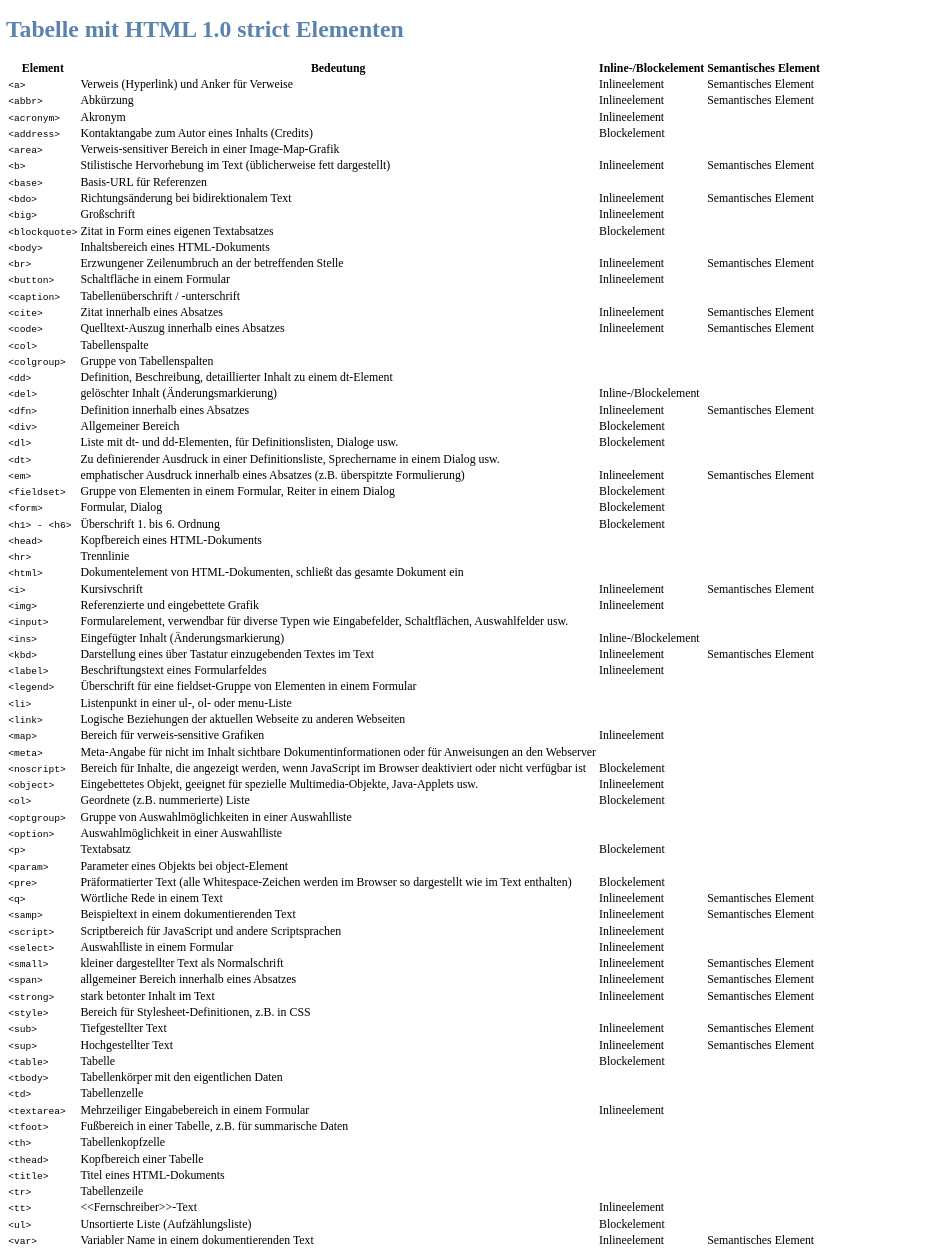
Repository: pLurchi/MyWebengineeringRepo
Page: RemoteSystemsTempFiles/HA-Kapitel06/WebContent/index.html
These files come from the project's save history. The page is drawn as it stood at one moment and after the next save; the edit follows.
The browser window is 1280 px wide. The pictures show the whole page, at 74% of full size.

Above is the page before, as saved 2013-11-28 18:55:45.

### RemoteSystemsTempFiles/HA-Kapitel06/WebContent/index.html
<?xml version="1.0" encoding="UTF-8" ?>
<!DOCTYPE html PUBLIC "-//W3C//DTD XHTML 1.0 Strict//EN" "http://www.w3.org/TR/xhtml1/DTD/xhtml1-strict.dtd">
<html xmlns="http://www.w3.org/1999/xhtml">
<head>
<meta http-equiv="Content-Type" content="text/html; charset=UTF-8" />
<link type="text/css" rel="stylesheet" href="CSS/stylesheet.css" />

<title>HA-Kapitel06</title>
</head>
<body>

	<h1>Tabelle mit HTML 1.0 strict Elementen</h1>

	<table class="wiki-content-table">
		<colgroup>
    		<col width="1*">
    		<col width="3*">
    		<col width="1*">
		    <col width="1*">
  		</colgroup>
		<tr>
			<th>Element</th>
			<th>Bedeutung</th>
			<th>Inline-/Blockelement</th>
			<th>Semantisches Element</th>
		</tr>

		<tr>
			<td><tt>&lt;a&gt;</tt></td>
			<td>Verweis (Hyperlink) und Anker für Verweise</td>
			<td>Inlineelement</td>
			<td>Semantisches Element</td>
		</tr>
		<tr>
			<td><tt>&lt;abbr&gt;</tt></td>
			<td>Abkürzung</td>
			<td>Inlineelement</td>
			<td>Semantisches Element</td>
		</tr>
		<tr>
			<td><tt>&lt;acronym&gt;</tt></td>
			<td>Akronym</td>
			<td>Inlineelement</td>
			<td></td>
		</tr>
		<tr>
			<td><tt>&lt;address&gt;</tt></td>
			<td>Kontaktangabe zum Autor eines Inhalts (Credits)</td>
			<td>Blockelement</td>
			<td></td>
		</tr>
		<tr>
			<td><tt>&lt;area&gt;</tt></td>
			<td>Verweis-sensitiver Bereich in einer Image-Map-Grafik</td>
			<td></td>
			<td></td>
		</tr>
		<tr>
			<td><tt>&lt;b&gt;</tt></td>
			<td>Stilistische Hervorhebung im Text (üblicherweise fett dargestellt)</td>
			<td>Inlineelement</td>
			<td>Semantisches Element</td>
		</tr>
		<tr>
			<td><tt>&lt;base&gt;</tt></td>
			<td>Basis-URL für Referenzen</td>
			<td></td>
			<td></td>
		</tr>
		<tr>
			<td><tt>&lt;bdo&gt;</tt></td>
			<td>Richtungsänderung bei bidirektionalem Text</td>
			<td>Inlineelement</td>
			<td>Semantisches Element</td>
		</tr>
		<tr>
			<td><tt>&lt;big&gt;</tt></td>
			<td>Großschrift</td>
			<td>Inlineelement</td>
			<td></td>
		</tr>
		<tr>
			<td><tt>&lt;blockquote&gt;</tt></td>
			<td>Zitat in Form eines eigenen Textabsatzes</td>
			<td>Blockelement</td>
			<td></td>
		</tr>
		<tr>
			<td><tt>&lt;body&gt;</tt></td>
			<td>Inhaltsbereich eines HTML-Dokuments</td>
			<td></td>
			<td></td>
		</tr>
		<tr>
			<td><tt>&lt;br&gt;</tt></td>
			<td>Erzwungener Zeilenumbruch an der betreffenden Stelle</td>
			<td>Inlineelement</td>
			<td>Semantisches Element</td>
		</tr>
		<tr>
			<td><tt>&lt;button&gt;</tt></td>
			<td>Schaltfläche in einem Formular</td>
			<td>Inlineelement</td>
			<td></td>
		</tr>
		<tr>
			<td><tt>&lt;caption&gt;</tt></td>
			<td>Tabellenüberschrift / -unterschrift</td>
			<td></td>
			<td></td>
		</tr>
		<tr>
			<td><tt>&lt;cite&gt;</tt></td>
			<td>Zitat innerhalb eines Absatzes</td>
			<td>Inlineelement</td>
			<td>Semantisches Element</td>
		</tr>
		<tr>
			<td><tt>&lt;code&gt;</tt></td>
			<td>Quelltext-Auszug innerhalb eines Absatzes</td>
			<td>Inlineelement</td>
			<td>Semantisches Element</td>
		</tr>
		<tr>
			<td><tt>&lt;col&gt;</tt></td>
			<td>Tabellenspalte</td>
			<td></td>
			<td></td>
		</tr>
		<tr>
			<td><tt>&lt;colgroup&gt;</tt></td>
			<td>Gruppe von Tabellenspalten</td>
			<td></td>
			<td></td>
		</tr>
		<tr>
			<td><tt>&lt;dd&gt;</tt></td>
			<td>Definition, Beschreibung, detaillierter Inhalt zu einem dt-Element</td>
			<td></td>
			<td></td>
		</tr>
		<tr>
			<td><tt>&lt;del&gt;</tt></td>
			<td>gelöschter Inhalt (Änderungsmarkierung)</td>
			<td>Inline-/Blockelement</td>
			<td></td>
		</tr>
		<tr>
			<td><tt>&lt;dfn&gt;</tt></td>
			<td>Definition innerhalb eines Absatzes</td>
			<td>Inlineelement</td>
			<td>Semantisches Element</td>
		</tr>
		<tr>
			<td><tt>&lt;div&gt;</tt></td>
			<td>Allgemeiner Bereich</td>
			<td>Blockelement</td>
			<td></td>
		</tr>
		<tr>
			<td><tt>&lt;dl&gt;</tt></td>
			<td>Liste mit dt- und dd-Elementen, für Definitionslisten, Dialoge usw.</td>
			<td>Blockelement</td>
			<td></td>
		</tr>
		<tr>
			<td><tt>&lt;dt&gt;</tt></td>
			<td>Zu definierender Ausdruck in einer Definitionsliste, Sprechername in einem Dialog usw.</td>
			<td></td>
			<td></td>
		</tr>
		<tr>
			<td><tt>&lt;em&gt;</tt></td>
			<td>emphatischer Ausdruck innerhalb eines Absatzes (z.B. überspitzte Formulierung)</td>
			<td>Inlineelement</td>
			<td>Semantisches Element</td>
		</tr>
		<tr>
			<td><tt>&lt;fieldset&gt;</tt></td>
			<td>Gruppe von Elementen in einem Formular, Reiter in einem Dialog</td>
			<td>Blockelement</td>
			<td></td>
		</tr>
		<tr>
			<td><tt>&lt;form&gt;</tt></td>
			<td>Formular, Dialog</td>
			<td>Blockelement</td>
			<td></td>
		</tr>
		<tr>
			<td><tt>&lt;h1&gt; - &lt;h6&gt;</tt></td>
			<td>Überschrift 1. bis 6. Ordnung</td>
			<td>Blockelement</td>
			<td></td>
		</tr>
		<tr>
			<td><tt>&lt;head&gt;</tt></td>
			<td>Kopfbereich eines HTML-Dokuments</td>
			<td></td>
			<td></td>
		</tr>
		<tr>
			<td><tt>&lt;hr&gt;</tt></td>
			<td>Trennlinie</td>
			<td></td>
			<td></td>
		</tr>
		<tr>
			<td><tt>&lt;html&gt;</tt></td>
			<td>Dokumentelement von HTML-Dokumenten, schließt das gesamte Dokument ein</td>
			<td></td>
			<td></td>
		</tr>
		<tr>
			<td><tt>&lt;i&gt;</tt></td>
			<td>Kursivschrift</td>
			<td>Inlineelement</td>
			<td>Semantisches Element</td>
		</tr>
		<tr>
			<td><tt>&lt;img&gt;</tt></td>
			<td>Referenzierte und eingebettete Grafik</td>
			<td>Inlineelement</td>
			<td></td>
		</tr>
		<tr>
			<td><tt>&lt;input&gt;</tt></td>
			<td>Formularelement, verwendbar für diverse Typen wie Eingabefelder, Schaltflächen, Auswahlfelder usw.</td>
			<td></td>
			<td></td>
		</tr>
		<tr>
			<td><tt>&lt;ins&gt;</tt></td>
			<td>Eingefügter Inhalt (Änderungsmarkierung)</td>
			<td>Inline-/Blockelement</td>
			<td></td>
		</tr>
		<tr>
			<td><tt>&lt;kbd&gt;</tt></td>
			<td>Darstellung eines über Tastatur einzugebenden Textes im Text</td>
			<td>Inlineelement</td>
			<td>Semantisches Element</td>
		</tr>
		<tr>
			<td><tt>&lt;label&gt;</tt></td>
			<td>Beschriftungstext eines Formularfeldes</td>
			<td>Inlineelement</td>
			<td></td>
		</tr>
		<tr>
			<td><tt>&lt;legend&gt;</tt></td>
			<td>Überschrift für eine fieldset-Gruppe von Elementen in einem Formular</td>
			<td></td>
			<td></td>
		</tr>
		<tr>
			<td><tt>&lt;li&gt;</tt></td>
			<td>Listenpunkt in einer ul-, ol- oder menu-Liste</td>
			<td></td>
			<td></td>
		</tr>
		<tr>
			<td><tt>&lt;link&gt;</tt></td>
			<td>Logische Beziehungen der aktuellen Webseite zu anderen Webseiten</td>
			<td></td>
			<td></td>
		</tr>
		<tr>
			<td><tt>&lt;map&gt;</tt></td>
			<td>Bereich für verweis-sensitive Grafiken</td>
			<td>Inlineelement</td>
			<td></td>
		</tr>
		<tr>
			<td><tt>&lt;meta&gt;</tt></td>
			<td>Meta-Angabe für nicht im Inhalt sichtbare Dokumentinformationen oder für Anweisungen an den Webserver</td>
			<td></td>
			<td></td>
		</tr>
		<tr>
			<td><tt>&lt;noscript&gt;</tt></td>
			<td>Bereich für Inhalte, die angezeigt werden, wenn JavaScript im Browser deaktiviert oder nicht verfügbar ist</td>
			<td>Blockelement</td>
			<td></td>
		</tr>
		<tr>
			<td><tt>&lt;object&gt;</tt></td>
			<td>Eingebettetes Objekt, geeignet für spezielle Multimedia-Objekte, Java-Applets usw.</td>
			<td>Inlineelement</td>
			<td></td>
		</tr>
		<tr>
			<td><tt>&lt;ol&gt;</tt></td>
			<td>Geordnete (z.B. nummerierte) Liste</td>
			<td>Blockelement</td>
			<td></td>
		</tr>
		<tr>
			<td><tt>&lt;optgroup&gt;</tt></td>
			<td>Gruppe von Auswahlmöglichkeiten in einer Auswahlliste</td>
			<td></td>
			<td></td>
		</tr>
		<tr>
			<td><tt>&lt;option&gt;</tt></td>
			<td>Auswahlmöglichkeit in einer Auswahlliste</td>
			<td></td>
			<td></td>
		</tr>
		<tr>
			<td><tt>&lt;p&gt;</tt></td>
			<td>Textabsatz</td>
			<td>Blockelement</td>
			<td></td>
		</tr>
		<tr>
			<td><tt>&lt;param&gt;</tt></td>
			<td>Parameter eines Objekts bei object-Element</td>
			<td></td>
			<td></td>
		</tr>
		<tr>
			<td><tt>&lt;pre&gt;</tt></td>
			<td>Präformatierter Text (alle Whitespace-Zeichen werden im Browser so dargestellt wie im Text enthalten)</td>
			<td>Blockelement</td>
			<td></td>
		</tr>
		<tr>
			<td><tt>&lt;q&gt;</tt></td>
			<td>Wörtliche Rede in einem Text</td>
			<td>Inlineelement</td>
			<td>Semantisches Element</td>
		</tr>
		<tr>
			<td><tt>&lt;samp&gt;</tt></td>
			<td>Beispieltext in einem dokumentierenden Text</td>
			<td>Inlineelement</td>
			<td>Semantisches Element</td>
		</tr>
		<tr>
			<td><tt>&lt;script&gt;</tt></td>
			<td>Scriptbereich für JavaScript und andere Scriptsprachen</td>
			<td>Inlineelement</td>
			<td></td>
		</tr>
		<tr>
			<td><tt>&lt;select&gt;</tt></td>
			<td>Auswahlliste in einem Formular</td>
			<td>Inlineelement</td>
			<td></td>
		</tr>
		<tr>
			<td><tt>&lt;small&gt;</tt></td>
			<td>kleiner dargestellter Text als Normalschrift</td>
			<td>Inlineelement</td>
			<td>Semantisches Element</td>
		</tr>
		<tr>
			<td><tt>&lt;span&gt;</tt></td>
			<td>allgemeiner Bereich innerhalb eines Absatzes</td>
			<td>Inlineelement</td>
			<td>Semantisches Element</td>
		</tr>
		<tr>
			<td><tt>&lt;strong&gt;</tt></td>
			<td>stark betonter Inhalt im Text</td>
			<td>Inlineelement</td>
			<td>Semantisches Element</td>
		</tr>
		<tr>
			<td><tt>&lt;style&gt;</tt></td>
			<td>Bereich für Stylesheet-Definitionen, z.B. in CSS</td>
			<td></td>
			<td></td>
		</tr>
		<tr>
			<td><tt>&lt;sub&gt;</tt></td>
			<td>Tiefgestellter Text</td>
			<td>Inlineelement</td>
			<td>Semantisches Element</td>
		</tr>
		<tr>
			<td><tt>&lt;sup&gt;</tt></td>
			<td>Hochgestellter Text</td>
			<td>Inlineelement</td>
			<td>Semantisches Element</td>
		</tr>
		<tr>
			<td><tt>&lt;table&gt;</tt></td>
			<td>Tabelle</td>
			<td>Blockelement</td>
			<td></td>
		</tr>
		<tr>
			<td><tt>&lt;tbody&gt;</tt></td>
			<td>Tabellenkörper mit den eigentlichen Daten</td>
			<td></td>
			<td></td>
		</tr>
		<tr>
			<td><tt>&lt;td&gt;</tt></td>
			<td>Tabellenzelle</td>
			<td></td>
			<td></td>
		</tr>
		<tr>
			<td><tt>&lt;textarea&gt;</tt></td>
			<td>Mehrzeiliger Eingabebereich in einem Formular</td>
			<td>Inlineelement</td>
			<td></td>
		</tr>
		<tr>
			<td><tt>&lt;tfoot&gt;</tt></td>
			<td>Fußbereich in einer Tabelle, z.B. für summarische Daten</td>
			<td></td>
			<td></td>
		</tr>
		<tr>
			<td><tt>&lt;th&gt;</tt></td>
			<td>Tabellenkopfzelle</td>
			<td></td>
			<td></td>
		</tr>
		<tr>
			<td><tt>&lt;thead&gt;</tt></td>
			<td>Kopfbereich einer Tabelle</td>
			<td></td>
			<td></td>
		</tr>
		<tr>
			<td><tt>&lt;title&gt;</tt></td>
			<td>Titel eines HTML-Dokuments</td>
			<td></td>
			<td></td>
		</tr>
		<tr>
			<td><tt>&lt;tr&gt;</tt></td>
			<td>Tabellenzeile</td>
			<td></td>
			<td></td>
		</tr>
		<tr>
			<td><tt>&lt;tt&gt;</tt></td>
			<td>&lt;&lt;Fernschreiber&gt;&gt;-Text</td>
			<td>Inlineelement</td>
			<td></td>
		</tr>
		<tr>
			<td><tt>&lt;ul&gt;</tt></td>
			<td>Unsortierte Liste (Aufzählungsliste)</td>
			<td>Blockelement</td>
			<td></td>
		</tr>
		<tr>
			<td><tt>&lt;var&gt;</tt></td>
			<td>Variabler Name in einem dokumentierenden Text</td>
			<td>Inlineelement</td>
			<td>Semantisches Element</td>
		</tr>
	</table>


</body>
</html>

### RemoteSystemsTempFiles/HA-Kapitel06/WebContent/CSS/stylesheet.css
@CHARSET "UTF-8";

/*Main Stylesheet of Web Eng G1 */



h1 {
	color: #5B83AD;
}

th {
	align: center;
	text-align: top;
}

After the next save:
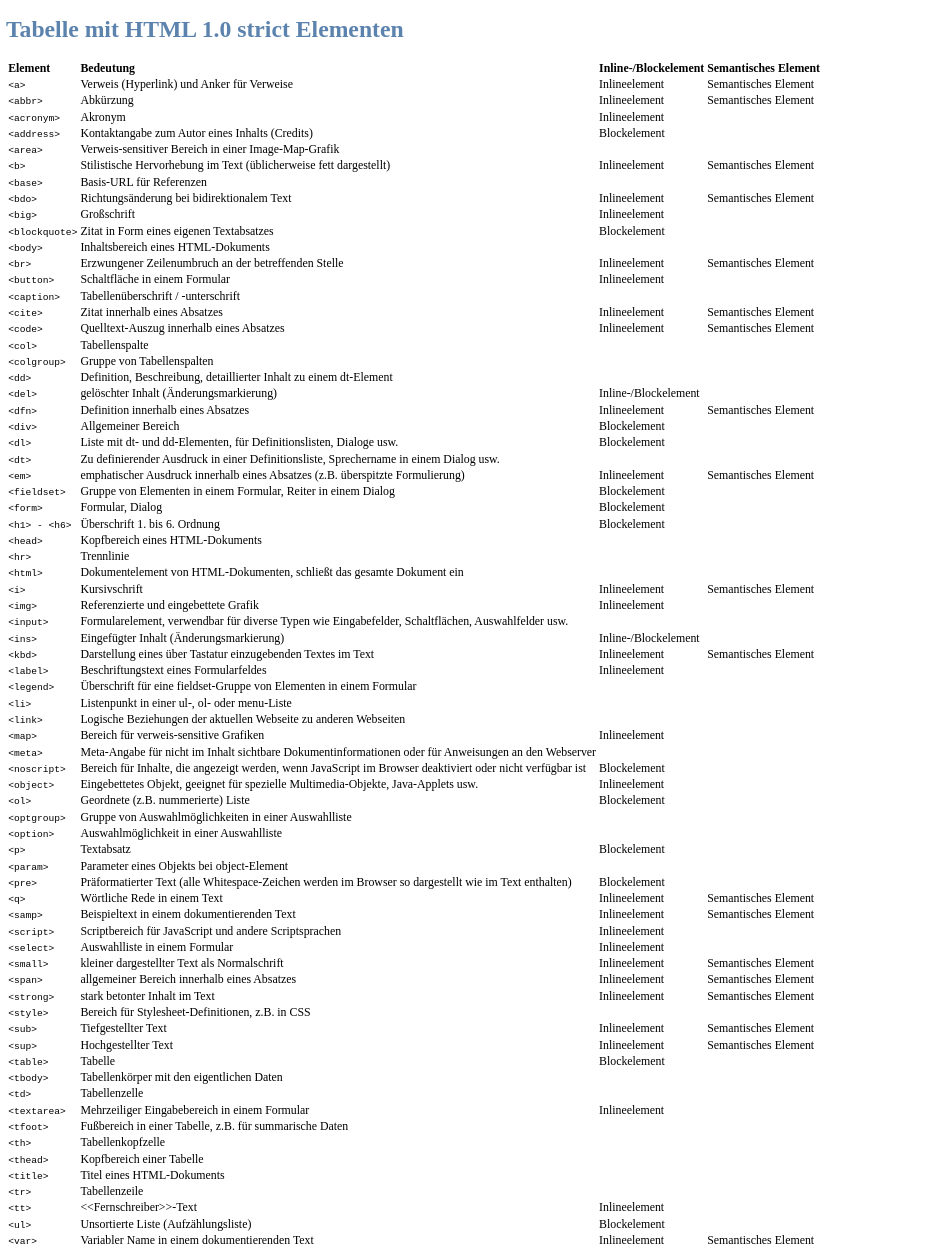
Saved 65 s later.
--- a/RemoteSystemsTempFiles/HA-Kapitel06/WebContent/CSS/stylesheet.css
+++ b/RemoteSystemsTempFiles/HA-Kapitel06/WebContent/CSS/stylesheet.css
@@ -9,6 +9,5 @@ h1 {
 }
 
 th {
-	align: center;
-	text-align: top;
+	text-align: left;
 }
